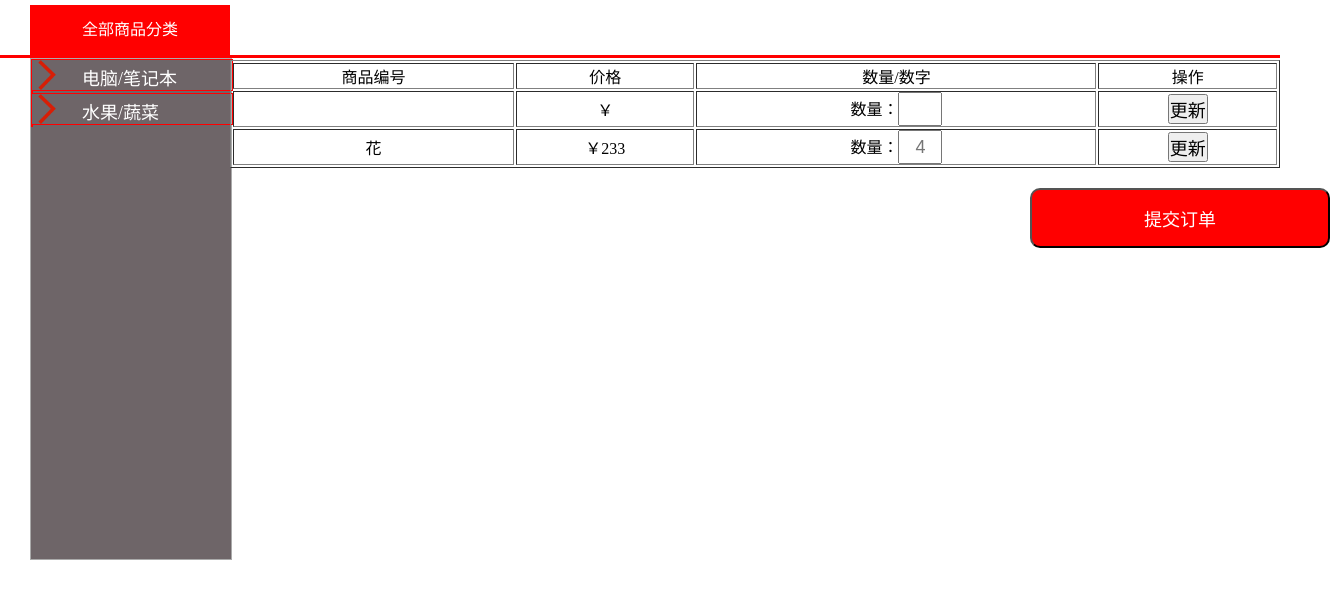
Repository: huaermao123/shopping
Page: http://localhost/Login2_02/gouwuche.jsp
These files come from the project's save history. The page is drawn as it stood at one moment and after the next save; the edit follows.
The browser window is 1280 px wide. The page is 1330 px wide, so the pictures cover 1330 px, including what lies to the right of the window. The pictures show the whole page.
The page is served by Tomcat 9. Other server files are loaded and not shown. The template is opened directly, without the code that normally fills it, so the values that code supplies are empty.

Above is the page before, as saved 2017-10-17 16:35:04.

### Login2_02/WebContent/gouwuche.jsp
<%@ page language="java" contentType="text/html; charset=UTF-8"
    pageEncoding="UTF-8"%>
     <%@page import="java.util.*,com.neusoft.entity.PageModel,com.neusoft.entity.*"%>
    <%@ taglib uri="http://java.sun.com/jsp/jstl/core" prefix="c" %>
<!DOCTYPE html>
<html>
	<head>
		<meta charset="utf-8" />
		<title></title>
		<link rel="stylesheet" href="css/index.css" />
		<link rel="stylesheet" href="css/gouwuche.css" />
		<script type="text/javascript" src="js/_ll.js" ></script>
		<link rel="stylesheet" href="css/xiala.css" />
	</head>
	<body>






	    <div id="qpsp">
	    	<p class="_p">全部商品分类</p>
	    </div>


	   <div id="shang_left">



	    	<div id="lb_01">
		    <img id="_img" onclick="_ll()" src="img/chu.png" width="30px" height="30px"/><p><a href="#">电脑/笔记本</a></p>
		    </div>

	    	<div id="shop_class" >
	    	<ul>
	    		<li><a href="#">神州计算机</a></li>
	    		<li><a href="#">华硕计算机</a></li>
	    		<li><a href="#">联想计算机</a></li>
	    		<li><a href="#">惠普计算机</a></li>
	    		<li><a href="#">红旗计算机</a></li>
	    		<li><a href="#">苹果计算机</a></li>
	    	</ul>
	    	</div>




	    	<div id="lb_01">
		    <img id="_img2" onclick="_ll2()" src="img/chu.png" width="30px" height="30px"/><p><a href="#">水果/蔬菜</a></p>
		    </div>

	    	<div id="shop_class2" >
	    	<ul>
	    		<li><a href="#">苹果</a></li>
	    		<li><a href="#">白菜</a></li>
	    		<li><a href="#">黄瓜</a></li>
	    		<li><a href="#">青菜</a></li>
	    		<li><a href="#">香蕉</a></li>
	    		<li><a href="#">梨</a></li>
	    	</ul>
	    	</div>

	    </div>



























		<form action="" method="post">
		<div id="gwcxx">
			<table border="1px"  style="text-align: center;">

				<tr>
					<td>商品编号</td>
					<td>价格</td>
					<td>数量/数字</td>
					<td>操作</td>

				</tr>
				<c:forEach items="map" var="course">
				<tr>
					<td>${map.pname}</td>
					<td>￥${map.price}</td>
					<td>数量：<input type="text" placeholder="${map.shuliang}" value=""/></td>
					<td><input type="submit" value="更新"/></td>

				</tr>
				</c:forEach>
				<tr>
					<td>花</td>
					<td>￥233</td>
					<td>数量：<input type="text" placeholder="4" value=""/></td>
					<td><input type="submit" value="更新"/></td>

				</tr>
			</table>
			<div id="tj_b"><button>提交订单</button></div>
		</div>
		</form>
	</body>
</html>

### Login2_02/WebContent/css/index.css
*{
	padding: 0px;
	margin: 0px;
}
#top{
	width: 100%;
	height: 50px;

 text-align: center;
 background-color: #AAAAAA;
}

#top ul{
	list-style: none;
	width: 100%;
	line-height: 50px;
}
#top ul li{
	display: inline-block;
	width: 15%;

}
#top ul li a{
	text-decoration:none ;
	font-size: 20px;
	color: #000000;
}
#top ul  #denglu a{
	color: red;
}

/**
 * 搜索栏
 */
#ssl{


	height: 100px;
}
#ssl .spzs{
	width: 200px;
	height: 100px;
	border: 1px solid white;
	text-align: center;
	line-height: 100px;
	font-size:20px ;
	background-image: url(../img/4.jpg);
	background-repeat: no-repeat;
background-position-x: 25px;
	background-size:150px;
}
#ssl  .button{
	width:720px ;
	height: 50px;
	border: 3px solid red;
	background-color: red;
	margin-top: -80px;
	margin-left: 500px;
}
#ssl  .button input{
	width:580px ;
	height: 45px;
}
#ssl  .button button{
	height: 50px;
	width:135px ;
	background-color: red;
	border: hidden;
	color: white;
	cursor: pointer;
}
#ssl  .button+div{
	width:200px ;
	height: 50px;
	border: 1px solid #AAAAAA;
	background-color: #AAAAAA;
	text-align: center;
	line-height: 50px;
	background-image: url(../img/gwc.png);
	background-repeat:no-repeat;
	background-position-x: 150px;
	background-position-y: 10px;
	cursor: pointer;
	margin: -52px 0px 0px 1250px;
}
#ssl  .button+div a{
	color: red;
	text-decoration: none;

}

  /*
   * 所有商品的展示
   */

#qpsp{
	width: 100%;
	height: 50px;
	border-bottom:3px solid red ;
	margin-top: 5px;
}
._p{
	width: 200px;
	height: 50px;
	background-color: red;
	color: white;
	font-size: 16px;
	text-align: center;
	line-height: 50px;
	margin-left: 30px;
	cursor: pointer;
}

/*
 * 商品类别的左边栏
 */
#shang_left{
	width: 200px;
	height: 500px;
	border: 1px solid #AAAAAA;
	margin-left: 30px;
}


/*
 * 商品的展示
 */
#_iframe{
	margin-left: 240px;
	margin-top: -500px;
}
#_iframe iframe{
	border: hidden;
	width: 100%;
	height: 1000px;


}


#shang_left{
	background-color: #6E6568;
}
#shang_left ul{
	list-style: none;
	text-align: center;
	line-height: 30px;
}
#shang_left ul li a{
	text-decoration: none;
	color: white;
}

### Login2_02/WebContent/css/gouwuche.css
#gwcxx{
	margin-left: 230px;
	margin-top: -500px;

}
#gwcxx table{
	width: 100%;
}
#gwcxx table input{
	width: 40px;
	height: 30px;
	text-align: center;
	font-size:18px ;
}
#gwcxx #tj_b{
	margin: 20px auto;

}
#gwcxx #tj_b button{
	margin-left: 800px;
	width: 300px;
	height: 60px;
	background-color: red;
	border-radius: 10px;
	font-size: 18px;
	color: white;
}

/*
 * 动态数据的样式（分类）
 */
#shang_left{
	background-color: #6E6568;
	height: 500px;
}
#shang_left ul{
	list-style: none;
	text-align: center;
	line-height: 30px;
}
#shang_left ul li a{
	text-decoration: none;
	color: white;
}

### Login2_02/WebContent/js/_ll.js
function _ll(){
var img=document.getElementById("_img");

if(img.src.match("chu.png")){


	var _sl=document.getElementById("shop_class");
	 var _style="transition: height 0.2s;height: 150px;width:200px; border: 1px solid red;overflow: hidden";
		 _sl.setAttribute("style",_style);
		img.src="img/on_xiala.png";



	}else{
			var _sl=document.getElementById("shop_class");
	 var _style="transition: height 0.2s;height: 0px;width:200px; border: 1px solid red;overflow: hidden";
		 _sl.setAttribute("style",_style);
		img.src="img/chu.png";
	}

}

function _ll2(){
var img=document.getElementById("_img2");

if(img.src.match("chu.png")){


	var _sl=document.getElementById("shop_class2");
	 var _style="transition: height 0.2s;height: 150px;width:200px; border: 1px solid red;overflow: hidden";
		 _sl.setAttribute("style",_style);
		img.src="img/on_xiala.png";



	}else{
			var _sl=document.getElementById("shop_class2");
	 var _style="transition: height 0.2s;height: 0px;width:200px; border: 1px solid red;overflow: hidden";
		 _sl.setAttribute("style",_style);
		img.src="img/chu.png";
	}

}

### Login2_02/WebContent/css/xiala.css
#lb_01{
	height: 30px;
	width: 200px;
	border: 1px solid red;
}
#lb_01 p
{
 	margin-top: -30px;
 	margin-left: 50px;
 	font-size:18px ;
 	color: white;
}
#lb_01 p a{
	text-decoration: none;
	 	color: white;

}
#shop_class,#shop_class2{
	height: 0px;
	width: 0px;
	border: 1px solid red;
	overflow: hidden;
}

After the next save:
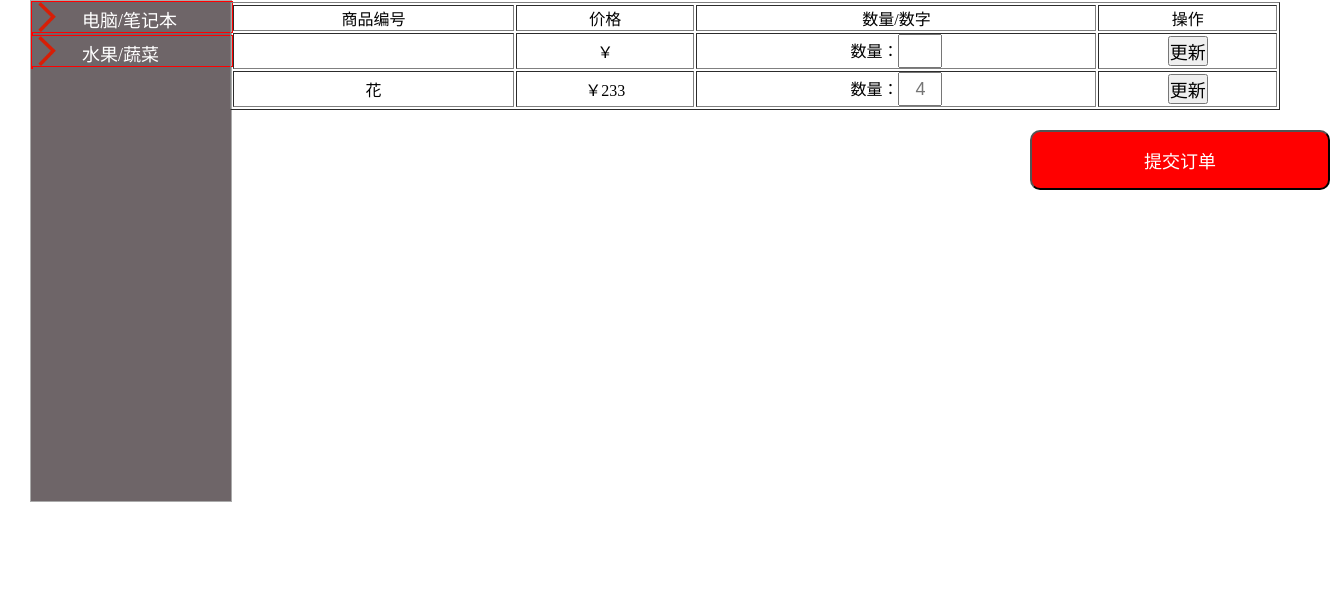
Saved 22 s later.
--- a/Login2_02/WebContent/gouwuche.jsp
+++ b/Login2_02/WebContent/gouwuche.jsp
@@ -18,10 +18,6 @@
 
 
 
-
-	    <div id="qpsp">
-	    	<p class="_p">全部商品分类</p>
-	    </div>
 
 
 	   <div id="shang_left">
